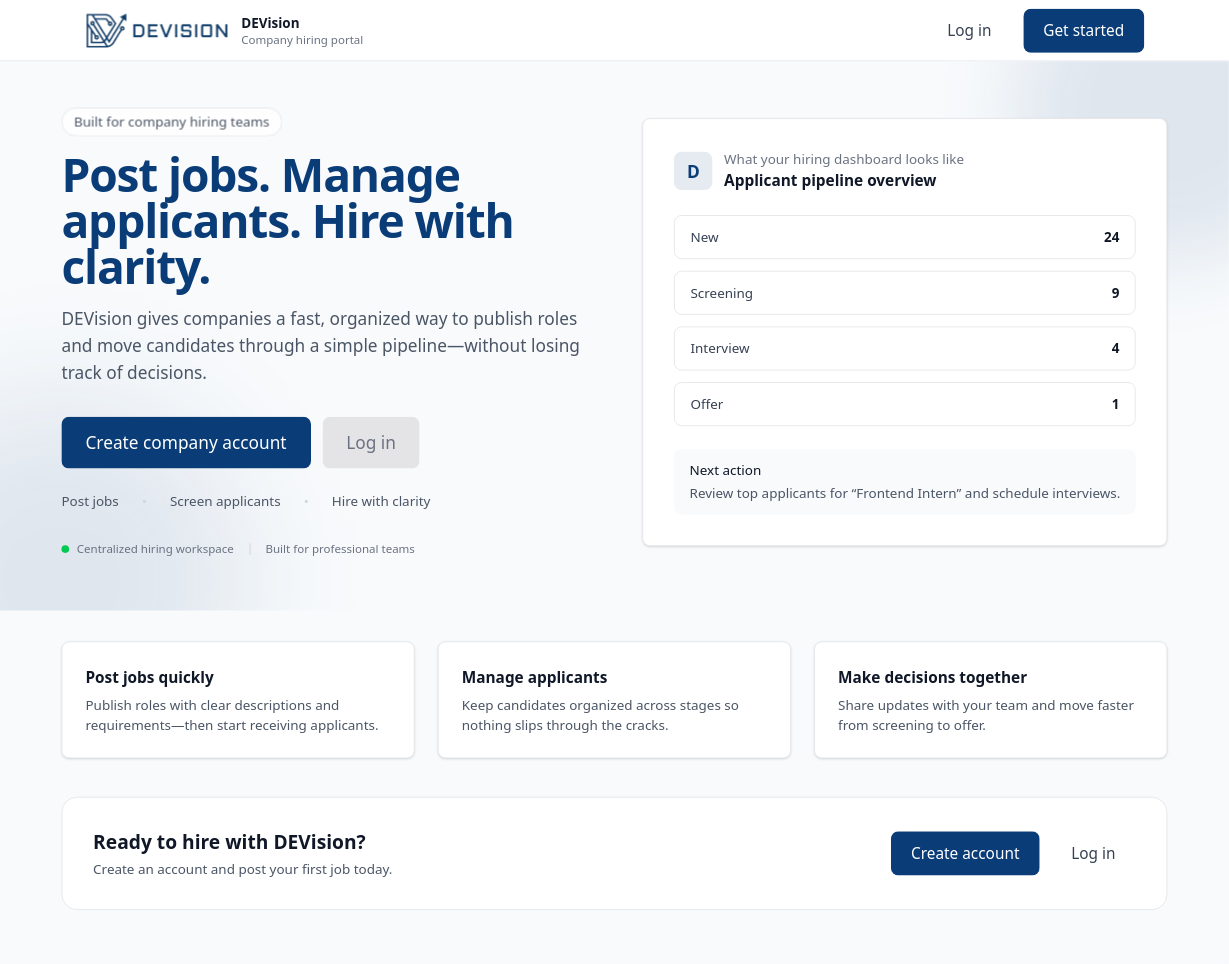
Repository: ISYS3461-2025C-Mulan-DEVision/JobManager_FE
Page: /
The author's editor kept a copy of each file at every save. The page is drawn from the files as they stood at one save, then again after the next save.
The browser window is 1280 px wide. The pictures show the whole page, at 96% of full size.
The project was rebuilt for these pictures with package versions that can differ from the ones it lists, and the page was loaded fresh each time. Also part of the build but not shown: vite.config.js, src/components/ui/Input/Input.tsx, src/components/ui/Spinner/Spinner.tsx, src/components/ui/Alert/Alert.tsx, src/components/ui/GoogleLogo/GoogleLogo.tsx, src/components/headless/Form/Form.tsx, src/components/headless/Form/index.ts, src/components/headless/Table/useTable.ts and 18 more.

Above is the page before, as saved 2025-12-12 15:52:22.

After the next save:
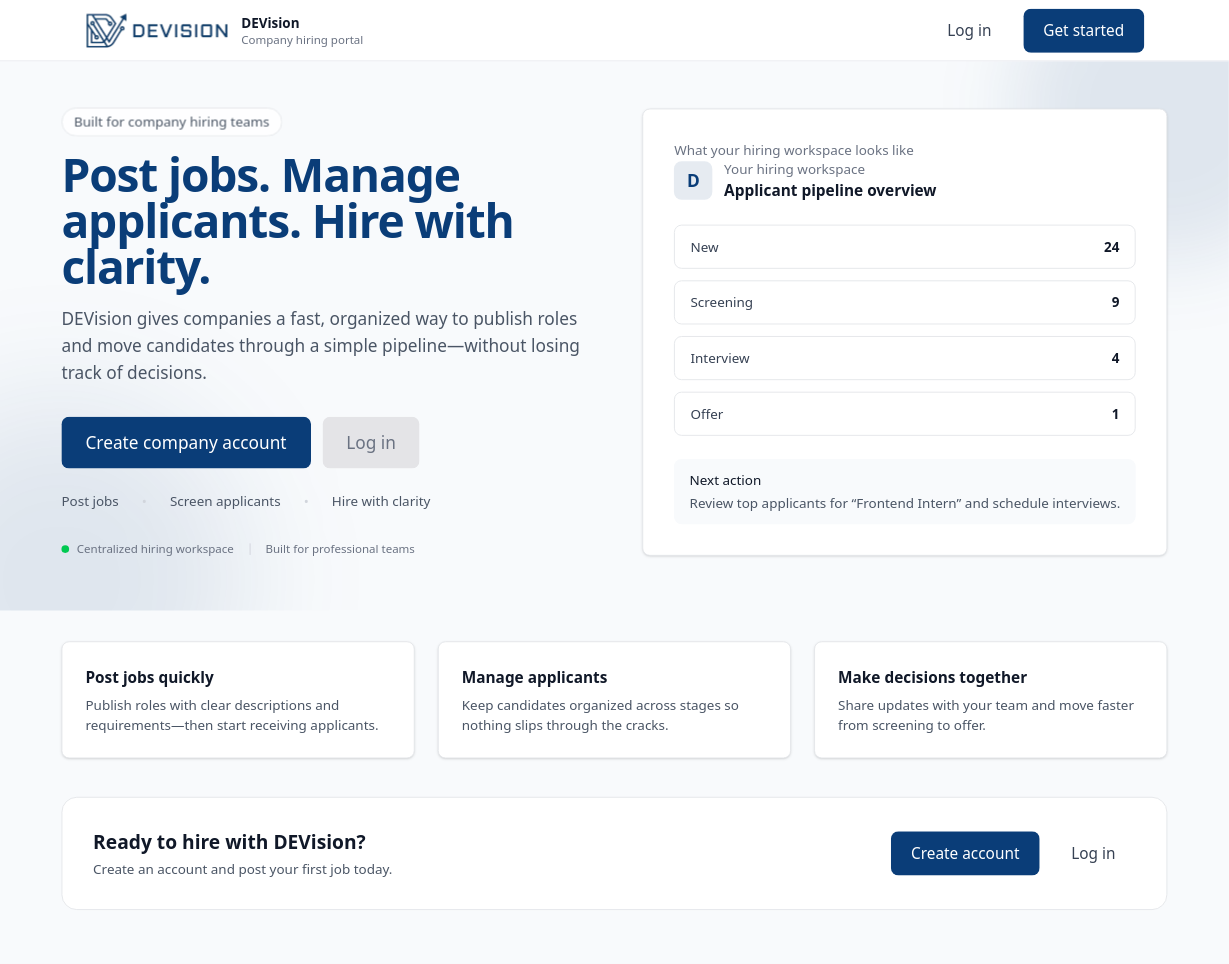
Saved 62 s later.
--- a/src/pages/Home.tsx
+++ b/src/pages/Home.tsx
@@ -55,12 +55,13 @@ export default function Home() {
 
                         <div className="lg:justify-self-end">
                             <Card className="p-6 sm:p-8">
+                                <div className="text-sm text-gray-500">What your hiring workspace looks like</div>
                                 <div className="flex items-center gap-3">
                                     <div className="flex h-10 w-10 items-center justify-center rounded-lg bg-filled-button/10 text-heading">
                                         <span className="text-lg font-semibold">D</span>
                                     </div>
                                     <div>
-                                        <div className="text-sm text-gray-500">What your hiring dashboard looks like</div>
+                                        <div className="text-sm text-gray-500">Your hiring workspace</div>
                                         <div className="text-base font-semibold text-gray-900">Applicant pipeline overview</div>
                                     </div>
                                 </div>
